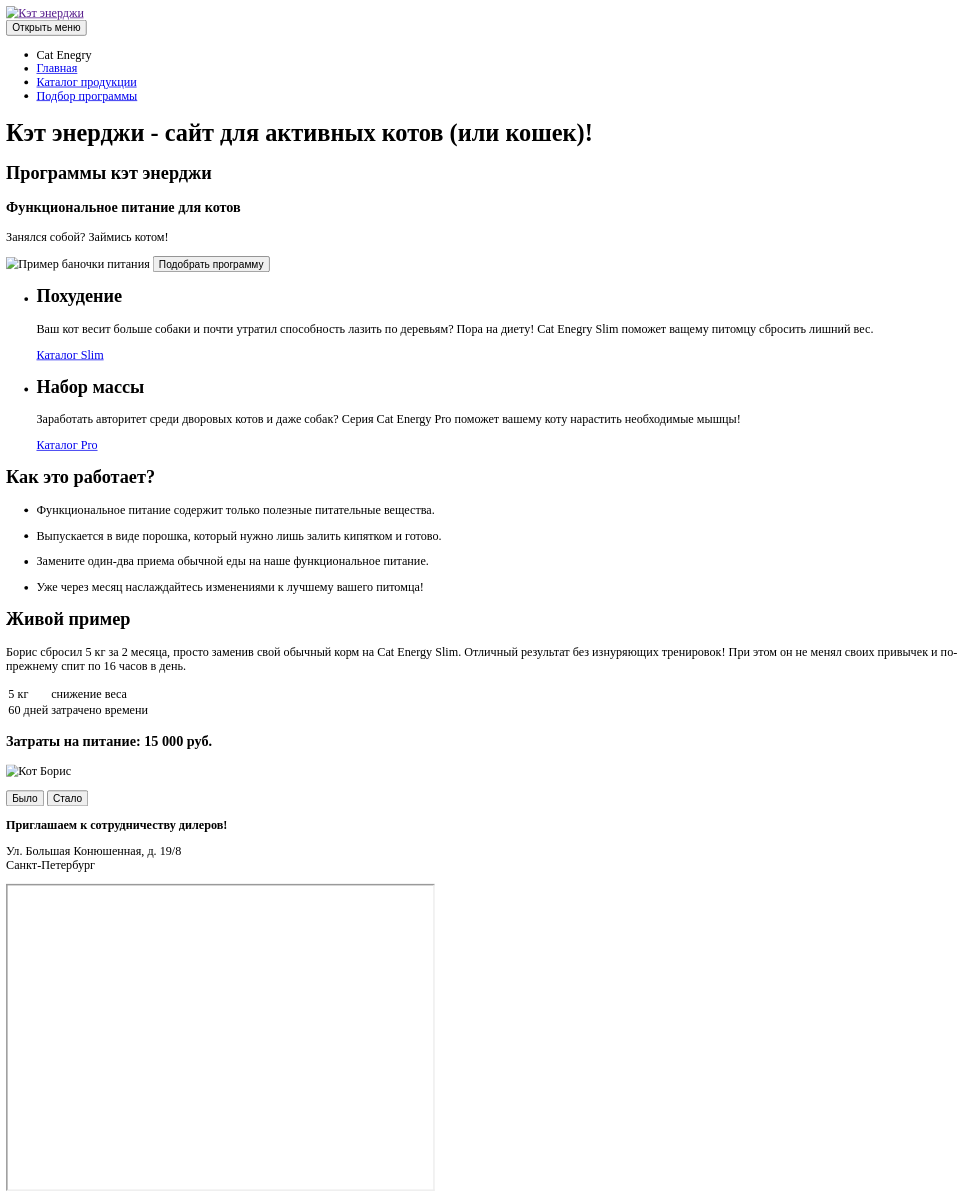
Repository: infernotw/1054987-cat-energy-17
Page: source/index.html
An editor plug-in stored every save of this project. The page is shown before and after the next save, followed by the edit.
The browser window is 1280 px wide. The pictures show the whole page, at 76% of full size.

Above is the page before, as saved 2019-07-17 04:49:48.

### source/index.html
<!DOCTYPE html>
<html lang="ru">

<head>
  <meta charset="utf-8">
  <title>HTML Academy: Кэт энерджи</title>
</head>

<body>

  <header class="page-header">
    <a href="" class="page-header__logo">
      <img src="#" alt="Кэт энерджи" width="" height="" class="page-header__logo-image">
    </a>
    <nav class="main-nav">
      <button class="main-nav__toggle" type="button">Открыть меню</button>
      <div class="main-nav__wrapper">
        <ul class="main-nav__list site-list">
          <li class="site-list__item">
            <a class="site-list__item site-list__item--active">Cat Enegry</a>
          </li>
          <li class="site-list__item">
            <a href="#">Главная</a>
          </li>
          <li class="site-list__item">
            <a href="catalog.html">Каталог продукции</a>
          </li>
          <li class="site-list__item">
            <a href="form.html">Подбор программы</a>
          </li>
        </ul>
      </div>
    </nav>
  </header>

  <main class="page-main">
    <h1 class="visually-hidden">Кэт энерджи - сайт для активных котов (или кошек)!</h1>
    <section class="program">
      <header class="program__header">
        <h2 class="visually-hidden">Программы кэт энерджи</h2>
        <h3 class="program__about">Функциональное питание для котов</h3>
        <p class="program__info">Занялся собой? Займись котом!</p>
        <img src="#" alt="Пример баночки питания">
        <button class="program__button" type="button">Подобрать программу</button>
      </header>
      <div class="program__wrapper">
        <ul class="program__list">
          <li class="program__item program__item--slim">
            <h2 class="program__title">Похудение</h2>
            <p class="program__description">Ваш кот весит больше собаки и почти утратил способность лазить по деревьям?
              Пора на диету! Cat Enegry Slim поможет ващему питомцу сбросить лишний вес.</p>
            <a class="program__button" href="#">Каталог Slim</a>
          </li>
          <li class="program__item program__item--pro">
            <h2 class="program__title">Набор массы</h2>
            <p class="program__description">Заработать авторитет среди дворовых котов и даже собак? Серия Cat Energy Pro
              поможет вашему коту нарастить необходимые мышцы!</p>
            <a class="program__button" href="#">Каталог Pro</a>
          </li>
        </ul>
      </div>
    </section>
    <section class="how-it-works">
      <div class="how-it-works__wrapper">
        <h2 class="how-it-works__title">Как это работает?</h2>
        <ul class="how-it-works__list">
          <li class="how-it-works__item how-it-works__item--food">
            <p class="how-it-works__description">Функциональное питание содержит только полезные питательные вещества.
            </p>
          </li>
          <li class="how-it-works__item how-it-works__item--water">
            <p class="how-it-works__description">Выпускается в виде порошка, который нужно лишь залить кипятком и
              готово.</p>
          </li>
          <li class="how-it-works__item how-it-works__item--change">
            <p class="how-it-works__description">Замените один-два приема обычной еды на наше функциональное питание.
            </p>
          </li>
          <li class="how-it-works__item how-it-works__item--time">
            <p class="how-it-works__description">Уже через месяц наслаждайтесь изменениями к лучшему вашего питомца!</p>
          </li>
        </ul>
      </div>
    </section>
    <section class="example">
      <div class="example__wrapper slider">
        <h2 class="example__title">Живой пример</h2>
        <p class="example__description">Борис сбросил 5 кг за 2 месяца, просто заменив свой обычный корм на Cat Energy
          Slim. Отличный результат без изнуряющих тренировок! При этом он не менял своих привычек и по-прежнему спит по
          16 часов в день.</p>
        <table class="example__achive">
          <tr>
            <td class="example__value">5 кг</td>
            <td class="example__field">снижение веса</td>
          </tr>
          <tr>
            <td class="example__value">60 дней</td>
            <td class="example__field">затрачено времени</td>
          </tr>
        </table>
        <h3 class="example__spending">Затраты на питание: 15 000 руб.</h3>
        <img src="#" alt="Кот Борис">
        <p class="example__toggles slider__toggles">
          <button class="slider__toggle" type="button">Было</button>
          <button class="slider__toggle" type="button">Стало</button>
        </p>
      </div>
    </section>
  </main>

  <footer class="page-footer">
    <div class="page-footer__contacts contacts">
      <b class="contacts__title">Приглашаем к сотрудничеству дилеров!</b>
      <p class="contacts__text">Ул. Большая Конюшенная, д. 19/8<br>Санкт-Петербург</p>
      <div class="contacts__map">
        <iframe src="https://yandex.ru/map-widget/v1/-/CCwfVC62" width="560" height="400"></iframe>
      </div>
    </div>
    <div class="page-footer__social social">

    </div>
  </footer>

</body>

</html>

After the next save:
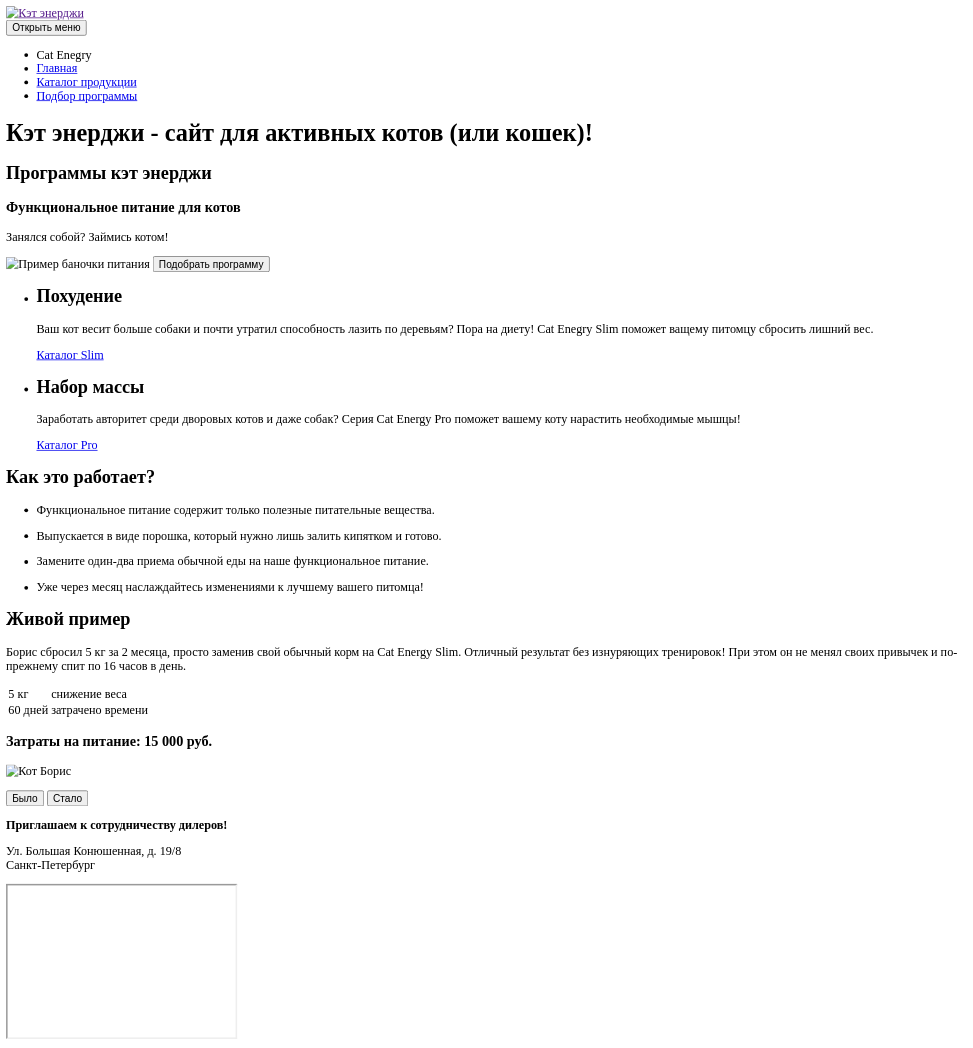
Saved 21 s later.
--- a/source/index.html
+++ b/source/index.html
@@ -113,7 +113,7 @@
       <b class="contacts__title">Приглашаем к сотрудничеству дилеров!</b>
       <p class="contacts__text">Ул. Большая Конюшенная, д. 19/8<br>Санкт-Петербург</p>
       <div class="contacts__map">
-        <iframe src="https://yandex.ru/map-widget/v1/-/CCwfVC62" width="560" height="400"></iframe>
+        <iframe src="https://yandex.ru/map-widget/v1/-/CCwfVC62" width="300" height="200"></iframe>
       </div>
     </div>
     <div class="page-footer__social social">
